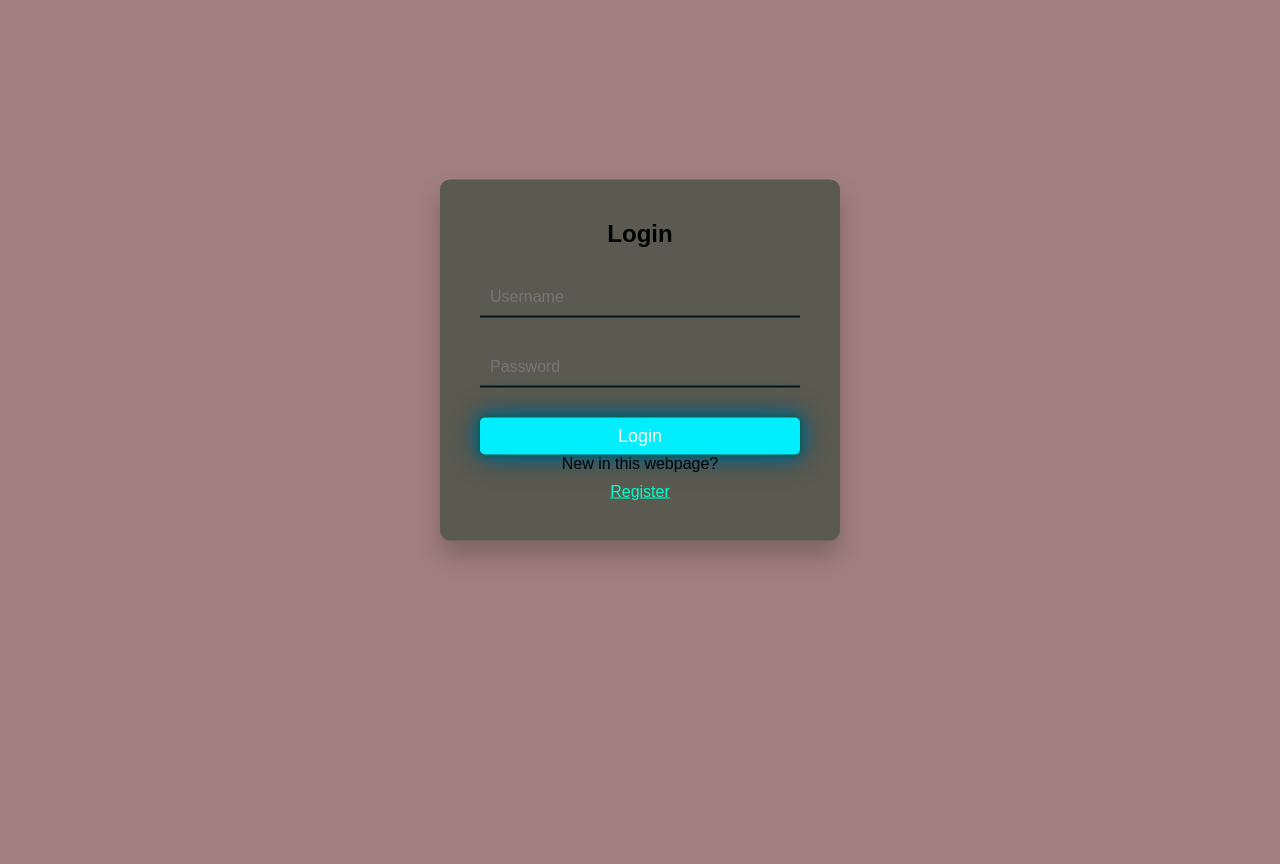
Repository: SRBshakib/Safe-Food---DBMS-project
Page: Organaization/login.html
An editor plug-in stored every save of this project. The page is shown before and after the next save, followed by the edit.
The browser window is 1280 px wide. The pictures show the whole page.
The pointer rests on the first visible `.btn`.

Above is the page before, as saved 2024-11-10 22:09:20.

After the next save:
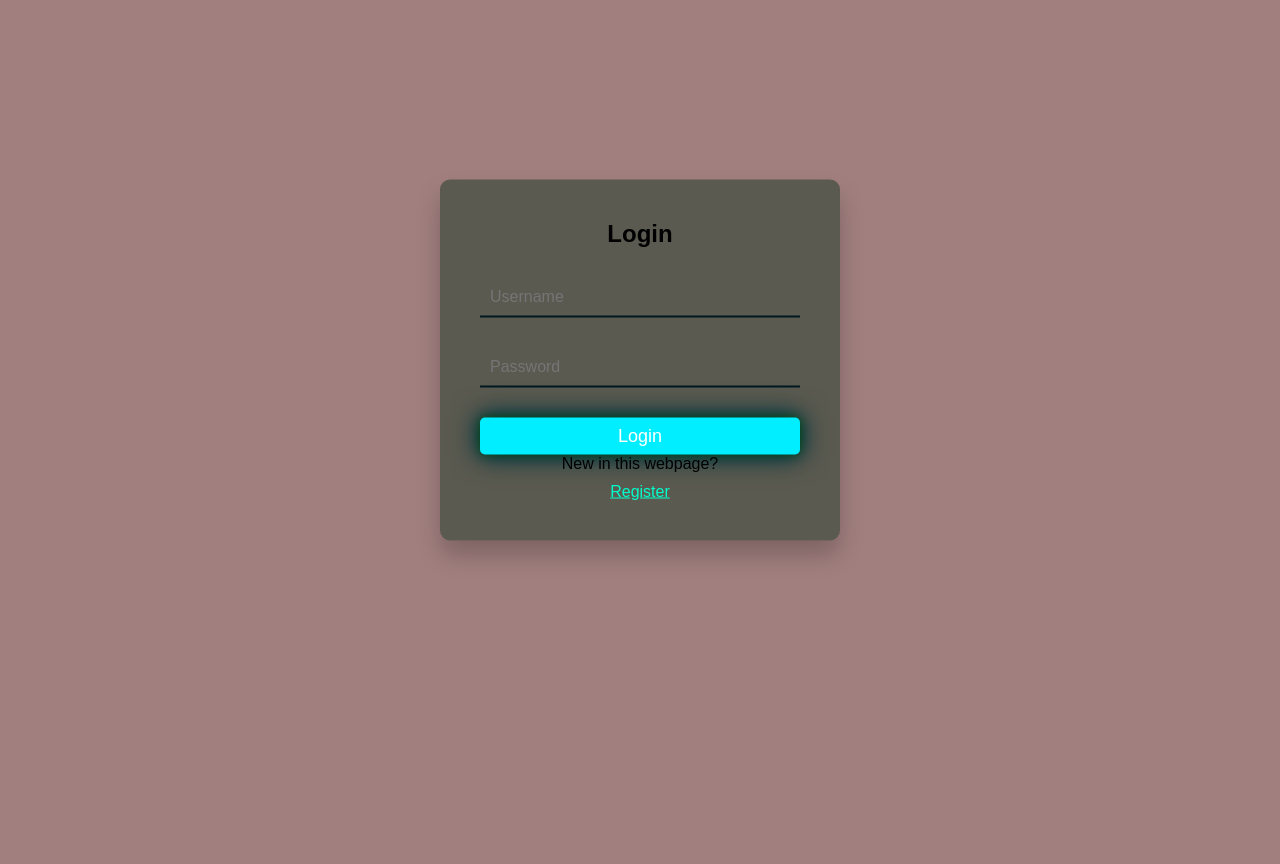
Saved 11 s later.
--- a/Organaization/style_login.css
+++ b/Organaization/style_login.css
@@ -65,7 +65,7 @@ body {
 
 .btn:hover {
     background: #00eeff;
-    box-shadow: 0 0 10px #004e0d, 0 0 20px #008cff, 0 0 30px #003b30;
+    box-shadow: 0 0 10px #004e0d, 0 0 20px #002f55, 0 0 30px #003b30;
 }
 
 .register {
